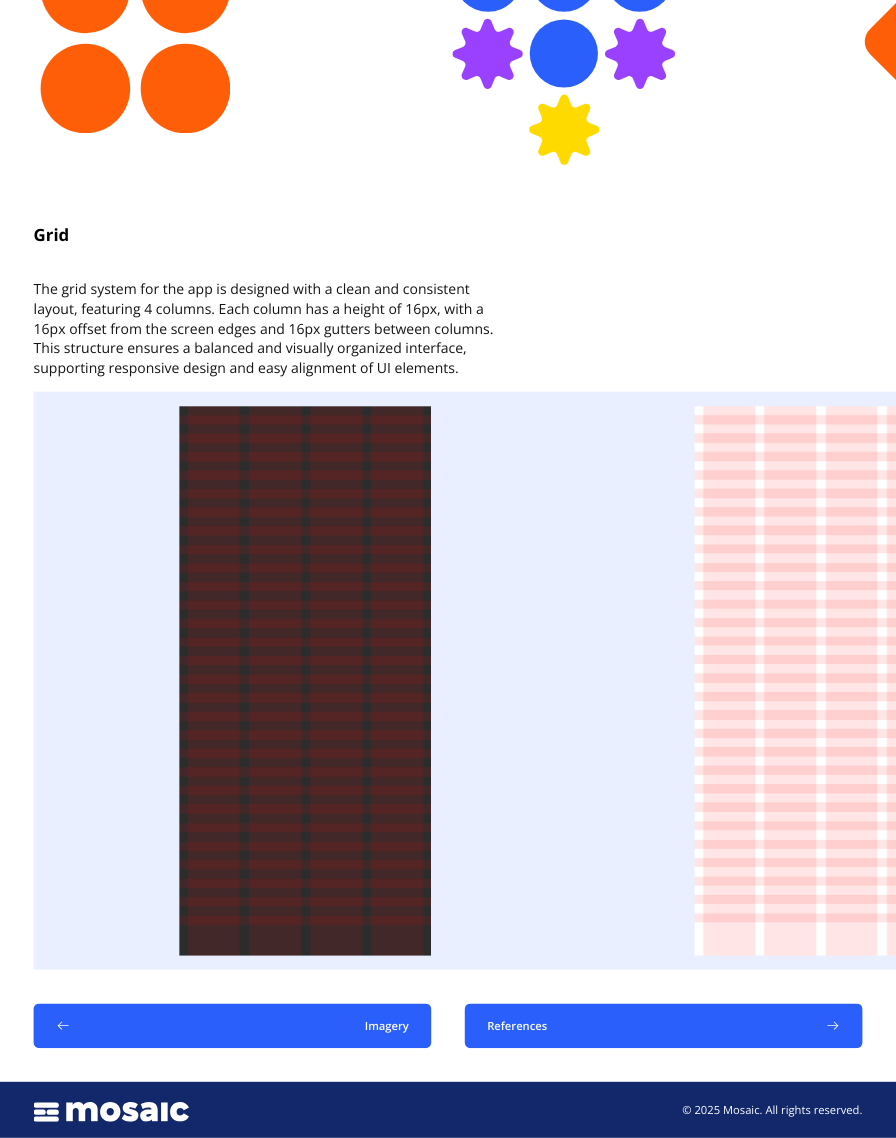
Repository: brunaguarizo/MDIA2109_Mosaic
Page: graphics.html
The author's editor kept a copy of each file at every save. The page is drawn from the files as they stood at one save, then again after the next save.
The browser window is 1280 px wide. The pictures show the part of the page from y = 1159 to 3079 px (the page is 2784 px tall before and 3459 px after), at 70% of full size.

Above is the page before, as saved 2025-04-09 08:30:52.

After the next save:
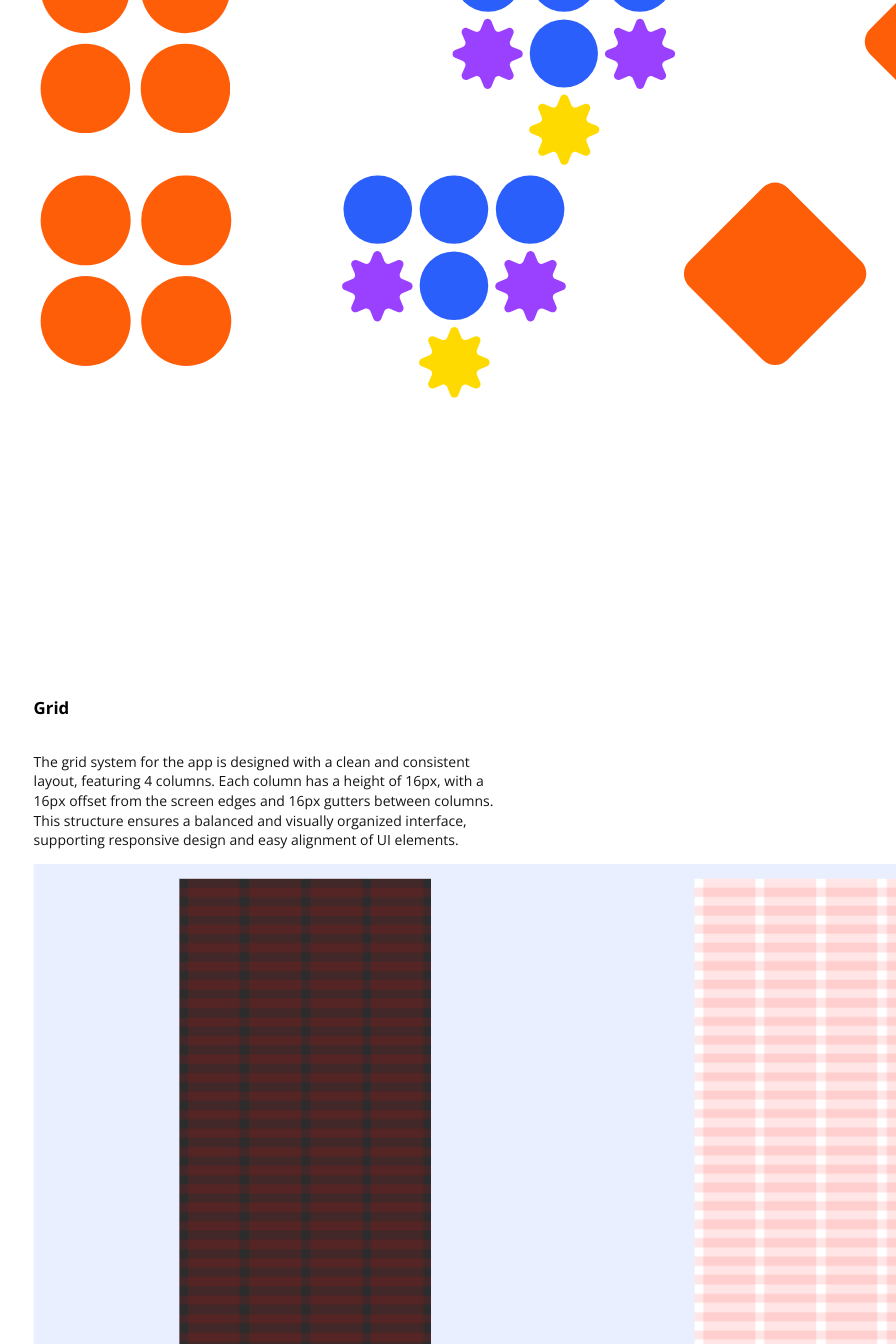
Saved 2 min 22 s later.
--- a/graphics.html
+++ b/graphics.html
@@ -63,9 +63,16 @@
                 <div class="graphic-item">
                     <img src="img/graphics/Diamonds.svg" alt="Diamonds">
                 </div>
+            </div>
+
+        <section class="graphics-block">
+            <div class="/">
+                <div class="graphic-item">
+                    <img src="img/graphics/graphics-image.svg" alt="Graphics Example">
+                </div>
+            </div>
 
 
-            </div>
             <div class="content-block__Grids">
                 <h2 class="content-block-Grids_Header">Grid</h2>
                  <p class="text body-text">The grid system for the app is designed with a clean and consistent layout, featuring 4 columns. Each column has a height of 16px, with a 16px offset from the screen edges and 16px gutters between columns. This structure ensures a balanced and visually organized interface, supporting responsive design and easy alignment of UI elements.</p>
